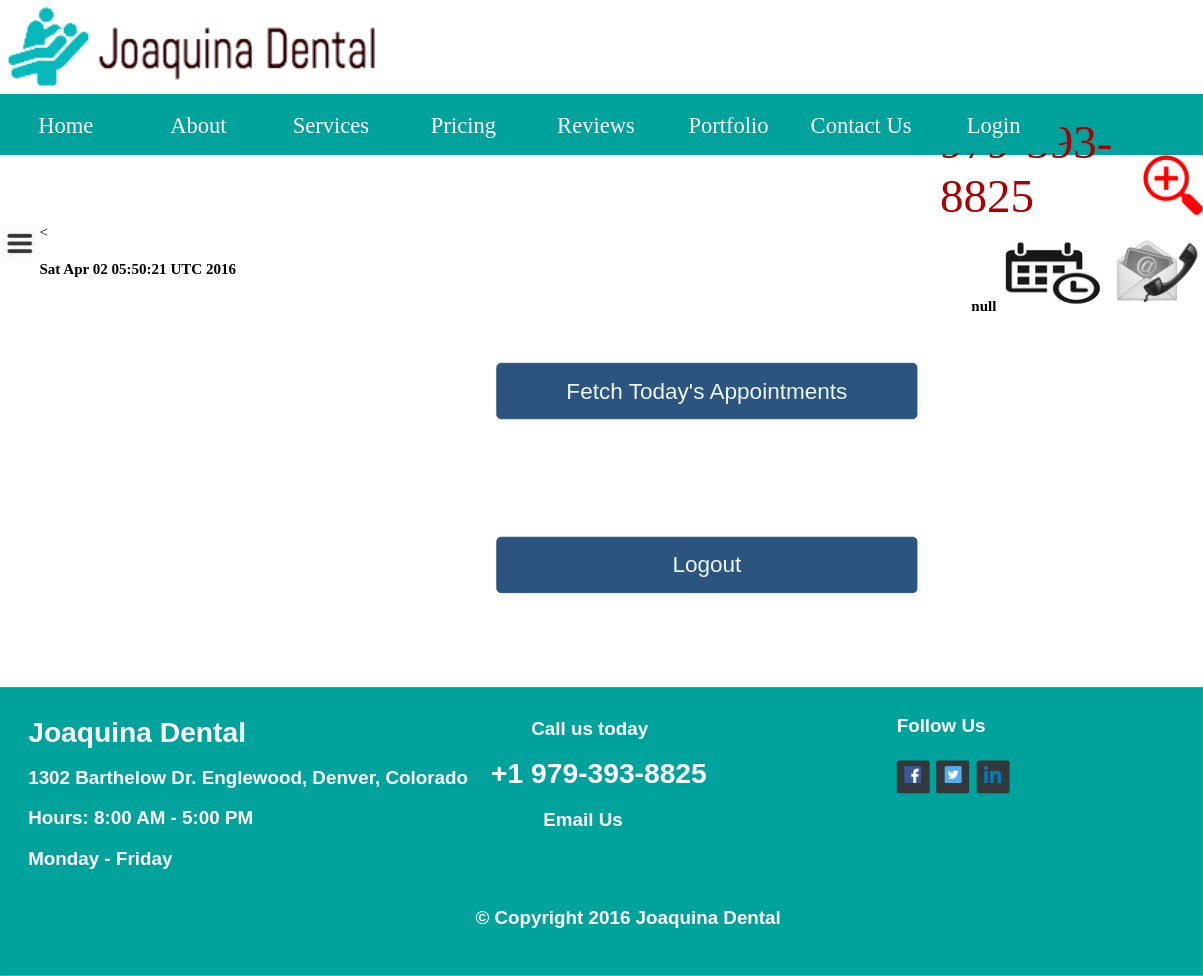
Repository: ManjushaBolishetty/test
Page: http://localhost/test/DentistHomePage.jsp
An editor plug-in stored every save of this project. The page is shown before and after the next save, followed by the edit.
The browser window is 1280 px wide. The pictures show the whole page, at 94% of full size.
The page is served by Tomcat 9. Other server files are loaded and not shown.

Above is the page before, as saved 2016-04-03 07:24:42.

### test/WebContent/DentistHomePage.jsp
<%@include file="header.jsp" %>
<%@ page import="java.io.*,java.util.*" %>
<%@ page import="javax.servlet.*,java.text.*" %>

<!DOCTYPE html PUBLIC "-//W3C//DTD HTML 4.01 Transitional//EN" "http://www.w3.org/TR/html4/loose.dtd">
<html>
<head>
    <meta http-equiv="Content-Type" content="text/html; charset=ISO-8859-1">
	<meta name="viewport" content="width=device-width, initial-scale=1">
<link href="CSS/ResponsiveForm.css" rel="stylesheet" type="text/css" />
    <<title>My Appointments</title>
</head>
<body>
<%
   Date date = new Date();
   out.print( "<h4 align=\"left\">" +date.toString()+ "</h4>"+ "<h4 align=\"right\">" +session.getAttribute("Dentist_Name") + "</h4>");
%>
<div class="appointment" align=center>
  <form action="HelloWorldServlet" method="post">
      <input type="submit" value="Fetch Today's Appointments" />
  </form>
</div>

<div class="Logoutbutton" align=center>
  <form action="Login" method="post">
      <input type="submit" value="Logout" />
  </form>
</div>
  <footer class="footer-distributed">
			<div class="footer-left">

				<h3>Joaquina Dental</h3>
				<p>1302 Barthelow Dr.
				Englewood, Denver, Colorado</p>
				<p >Hours: 8:00 AM - 5:00 PM</p>
				<p >Monday - Friday</p>
			</div>

			<div class="footer-center">

				<p class="callusToday">Call us today  </p><br/>
				<br/>
				<h3>+1 979-393-8825</h3><br/>
				<p class="emailUs">Email Us</p>
			</div>

			<div class="footer-right">

				<p>Follow Us</p>

				<div class="footer-icons">

					<a href="#"><i class="fa fa-facebook"></i></a>
					<a href="#"><i class="fa fa-twitter"></i></a>
					<a href="#"><i class="fa fa-linkedin"></i></a>

				</div>

			</div>
<p class="copyright" >&copy; Copyright 2016 Joaquina Dental</p>
		</footer>
</body>
</html>

### test/WebContent/header.jsp
<%@ page language="java" contentType="text/html; charset=UTF-8"
    pageEncoding="UTF-8"%>
<!DOCTYPE html>
<html>
<head>
<meta http-equiv="Content-Type" content="text/html; charset=UTF-8">
<meta name="viewport" content="width=device-width, initial-scale=1">
<link href="CSS/testeverything.css" rel="stylesheet" type="text/css" />
<style>

#zoom img {
    width: 5%;
    position: absolute;
    right: 0;
}
</style>
<title>Insert title here</title>
</head>

<body>
<div id="header">
	<img class="logoimage" src="Images/Drawing (4).png" alt="Joaquina Dental"></img>
	<span class="phonenumber">979-393-8825</span>
	<a href="#" class="scheduleanchor"><img class="Contact" src="Images/Contact_Us.png"></img></a>
	<a href="#" class="scheduleanchor"><img class="Calendar" src="Images/calendar.png"></img></a>
</div>

<div id="navmenu">
	<img class="iconimage" src="Images/collpased_menu.png"></img><label for="show-menu" class="show-menu iconlabel">Menu</label>
	<input type="checkbox" id="show-menu" role="button">

	<ul id="menu">
		  <li><a href="#">Home</a></li>
		  <li><a href="#">About</a></li>
		  <li>
		    	<a href="#">Services</a>
			    <ul class="dropdownContent">
			      <li><a href="#">Extraction</a></li>
			      <li><a href="#">Transplant</a></li>
			      <li><a href="#">Root Canal</a></li>
			      <li><a href="#">Cleaning</a></li>
			    </ul>
	  	   </li>
	  	   <li><a href="#">Pricing</a></li>
	  	   <li><a href="#">Reviews</a></li>
	  	   <li><a href="#">Portfolio</a></li>
	  	   <li><a href="#">Contact Us</a></li>
	  	   <li><a href="#">Login</a></li>
	</ul>
</div>
<div id="zoom" style="width:100%;height:0px">
	<a href="#" class=""><img class="zoom" src="Images/zoom.png"></img></a>
</div>
</body>
</html>

### test/WebContent/CSS/testeverything.css
body{
  border: 0;
  padding: 0;
  margin: 0;
  height: 100%;

}

#header{
	width:100%;
	height:100px;
  background-color:white;
}

#header h3{
	display:inline;
	width:auto;
	height:auto;
}
#header img{
	width:auto;
	float:left;
	padding-left:0px;
	height:100%;
}


.Contact{

	max-width:100%;
	height:auto;
	margin-left:10px;
	margin-top:18px;
}


.Calendar{

	max-width:100%;
	height:auto;
	margin-left:10px;
	margin-top:20px;
}

#header a{
	float:right;
	/*margin-right: 40px;*/
}
.logoSchedule{
	width:auto;
	float:left;
}

.logoContact{
	width:auto;
	float:right;
}

#navmenu{
	width:100%;
	height:65px;
	background:#00A29C;
}

ul {
	list-style-type:none;
	margin:0;
	padding:0;
	position: absolute;
}

/*Create a horizontal list with spacing*/
li {
	display:inline-block;
	float: left;
	margin-right: 1px;
}

/*Style for menu links*/
li a {
	display:block;
	min-width:140px;
	padding-top:20px;
	padding-bottom:16px;
	font-size:24px;
	text-align: center;
	font-family: 'Roboto Slab', serif;
	color: white;
	background: #00A29C;
	text-decoration: none;
}

.phonenumber{
    font-size: 50px;
    margin-left: 1000px;
    display: inline-block;
    margin-top: 22px;
    color: #ab0002;
    float:left;
}

/*Hover state for top level links*/
li:hover a {
	background: black;
}

/*Style for dropdown links*/
li:hover ul a {
	background: #e6ffff;
	color: blue;
}

/*Hover state for dropdown links*/
li:hover ul a:hover {
	background: #19c589;
	color: #fff;
}

/*Hide dropdown links until they are needed*/
li ul {
	display: none;
}

/*Make dropdown links vertical*/
li ul li {
	display: block;
	float: none;
}



/*Display the dropdown on hover*/
ul li a:hover + .dropdownContent, .dropdownContent:hover {
	display: block;
}

/*Responsive Styles*/

	.show-menu {
	font-family: "Helvetica Neue", Helvetica, Arial, sans-serif;
	text-decoration: none;
	color: #fff;
	background: #00A29C;
	text-align: center;
	padding: 10px 0;
	display: none;
}

.iconlabel{
	width:100%;
	height:auto;
	padding:1%;
}

.iconimage{
	float:left;
	height:42px;
}


.callusToday{
	padding-left:10%;
}
.emailUs{
	padding-left:13%;
}

/*Hide checkbox*/
input[type=checkbox]{
    display: none;
}

/*Show menu when invisible checkbox is checked*/
input[type=checkbox]:checked ~ #menu{
    display: block;
}

@media screen and (max-width : 832px){
	/*Make dropdown links appear inline*/
	ul {
		position: static;
		display: none;
	}

	/*Create vertical spacing*/
	li {
		margin-bottom: 1px;
	}
	/*Make all menu links full width*/
	ul li, li a {
		width: 100%;
	}
	.show-menu {
		display:block;
	}
	.imageHolder{
		display:none;
	}
	.iconlabel
	{
	padding-top:12px;
	float:left;
	width:auto;
	}
}



#Content{
	width:100%;
	height:600px;
	background:white;
}

.imageHolder{
	width:100%;
	height:400px;
	background-image: url("/BigHornDental/Images/appointment.jpg");
    background-repeat: no-repeat;
    background-size: contain;
    border: 1px solid black;
}


.login{
  width: 40%;
  font-family: lato;
  position: relative;
  color: white;
  border:1px solid blue;
  border-radius: 10px;
  background-color:blue;
  text-align:center;
}

.Logoutbutton{
	padding-top:3px;
}




/*For Footer*/
footer{
padding-left:40px;
}

.footer-distributed{
	background-color: #00A29c;
	box-shadow: 0 1px 1px 0 rgba(0, 0, 0, 0.12);
	box-sizing: border-box;
	width: 100%;
	height:auto;
	text-align: left;
	font: bold 16px sans-serif;
	padding: 30px 30px;
	margin-top: 80px;
}

.footer-distributed .footer-left,
.footer-distributed .footer-center,
.footer-distributed .footer-right{
	display: inline-block;
	vertical-align: top;
}

/* Footer left */

.footer-distributed .footer-left{
	width: 40%;
}

 p{
	font-size:20px;
	color:white;
}

/* The company logo */

.footer-distributed h3{
	color:  white;
	margin: 0;
}


/* Footer links */

.footer-distributed .footer-links{
	color:  #ffffff;
	margin: 20px 0 12px;
	padding: 0;
}

.footer-distributed .footer-links a{
	display:inline-block;
	line-height: 1.8;
	text-decoration: none;
	color:  inherit;
}

.footer-distributed .footer-company-name{
	color:  #8f9296;
	font-size: 14px;
	font-weight: normal;
	margin: 0;
}

/* Footer Center */

.footer-center p{
	padding-top:3px;
}

.footer-right p{
	margin-top:0px;
}

.footer-distributed .footer-center{
	width: 35%;
}

.footer-distributed .footer-center i{
	background-color:  #33383b;
	color: #ffffff;
	font-size: 25px;
	width: 38px;
	height: 38px;
	border-radius: 50%;
	text-align: center;
	line-height: 42px;
	margin: 10px 15px;
	vertical-align: middle;
}

.footer-distributed .footer-center i.fa-envelope{
	font-size: 17px;
	line-height: 38px;
}

.footer-distributed .footer-center p{
	display: inline-block;
	color: #ffffff;
	vertical-align: middle;
	margin:0;
}

.footer-distributed .footer-center p span{
	display:block;
	font-weight: normal;
	font-size:14px;
	line-height:2;
}

.footer-distributed .footer-center p a{
	color:  white;
	text-decoration: none;;
}


/* Footer Right */

.footer-distributed .footer-right{
	width: 20%;
}

.footer-distributed .footer-company-about span{
	display: block;
	color:  black;
	font-size: 14px;
	font-weight: bold;
	margin-bottom: 20px;
}

.footer-distributed .footer-icons{
	margin-top: 25px;
}

.footer-distributed .footer-icons a{
	display: inline-block;
	width: 35px;
	height: 35px;
	cursor: pointer;
	background-color:  #33383b;
	border-radius: 2px;

	font-size: 20px;
	color: #ffffff;
	text-align: center;
	line-height: 35px;

	margin-right: 3px;
	margin-bottom: 5px;
}

.fa-twitter:before {
    content: url("../Images/twitter.png");
}
.fa-facebook:before {
    content: url("../Images/facebook.png");
}
.fa-linkedin:before {
    content: url("../Images/linkedin.png");
}

.fa-linkedin:before {
    content: url("../Images/linkedin.png");
}

.footer-left span{

}


.copyright{
	padding-left: 39%;
}

/* If you don't want the footer to be responsive, remove these media queries */

@media (max-width: 880px) {

	.footer-distributed{
		font: bold 14px sans-serif;
	}

	.footer-distributed .footer-left,
	.footer-distributed .footer-center,
	.footer-distributed .footer-right{
		display: block;
		width: 100%;
		margin-bottom: 40px;
		text-align: center;
	}

	.footer-distributed .footer-center i{
		margin-left: 0;
	}

}


/*Supports Iphone 5,6 and 6S-Plus*/

@media screen and (max-width : 440px){
	/*Make dropdown links appear inline*/
	#header img{
		width:80%;
	}

	.iconimage{
		height:100%;
		width:10%;
	}
	.iconlabel{
		font-size:30px;
	}
	.show-menu{
		font-size:30px;
	}

	#showOnMobile{
		display:block;
	}

	.Contact{
	width:80px;
	height:auto;
	margin-left:0px;
	margin-top:8px;
	}


.Calendar{

	width:80px;
	height:auto;
	margin-left:0px;
	margin-top:8px;
	}

.phonenumber{
	display:none;
	}

	.callusToday{
	padding-left:0%;
	}
	.emailUs{
		padding-left:0%;
	}

	.copyright{
		text-align:center;
		padding-left:0%;
		width:100%;
	}
}


@media screen and (max-width : 780px){
	.phonenumber{
		margin-left:70px;
	}
	.iconimage{
		height:65px;
	}
	.iconlabel{
		font-size:30px;
	}
	.callusToday{
		padding-left:0%;
		font-size:20px;
	}
	.emailUs{
		padding-left:0%;
	}
	.footer-left p{
		font-size:20px;
	}
	.footer-center p{
		font-size:20px;
	}
	.footer-right p{
		font-size:20px;
	}
	.copyright{
		text-align:center;
		padding-left:0%;
		width:100%;
	}

}

### test/WebContent/CSS/ResponsiveForm.css
* {
/* With these codes padding and border does not increase it's width and gives intuitive style.*/
box-sizing: border-box;
}

body {
	margin:0;
	padding:0;
	font-family: 'Roboto Slab', serif;
	width:100%;
}

#cover{
	width: 55%;
	margin: 30px 30% 10px 25%;
	padding:10px 0;
	border: 2px solid black;
	border-radius:10px;
}
form{
	width:70%;
	margin:4% 15%;
}
header {
    background-color: #00A29C;
    text-align: center;
    padding-top: 1px;
    padding-bottom: 8px;
    margin-top: -11px;
    margin-bottom: -8px;
    border-radius: 10px 10px 0 0;
    color: aliceblue;
    height: 100px;
    font-size: 24px;
}

h3{
	font-size: 30px;
	padding-top:1px;
}
#newuser{
	margin-right:10px;
}

label{
	font-size:24px;
}


/* Makes responsive fields. Sets size and field alignment.*/
input[type=text]{
	margin-bottom: 20px;
	margin-top: 10px;
	width:100%;
	padding: 15px;
	border-radius:5px;
	border:1px solid #7ac9b7;
	font-size:20px;
}
input[type=password]{
	margin-bottom: 20px;
	margin-top: 10px;
	width:100%;
	padding: 15px;
	border-radius:5px;
	border:1px solid #7ac9b7;
	font-size:20px;
}

input[type=radio]{
	margin-bottom: 20px;
	margin-top: 10px;
	padding: 15px;
	border-radius:5px;
	border:1px solid #7ac9b7;
	font-size:20px;
}

select{
	margin-bottom: 20px;
	margin-top: 10px;
	width:100%;
	height:25px;
	padding: 15px;
	border-radius:5px;
	border:1px solid #7ac9b7;
}

.datepicker{
	height:30px;
}

.result{
	color:blue;
}

input[type=submit]
{
	margin-bottom: 20px;
	width:50%;
	margin-left:25%;
	padding: 15px;
	border-radius:5px;
	border:1px solid #7ac9b7;
	background-color: #2b547e;
	border-color:#2b547e;
	color: aliceblue;
	font-size:24px;
	cursor:pointer;
}
#submit:hover
{
	background-color: blue;
}
textarea{
	width:100%;
	padding: 15px;
	margin-top: 10px;
	border:1px solid #7ac9b7;
	border-radius:5px;
	margin-bottom: 20px;
	resize:none;
}
input[type=text]:focus,textarea:focus {
	border-color: #4697e4;
}

@media screen and (max-width : 768px){
	h2{
		font-size:16px;
	}
	p{
		font-size:14px;
	}
	label{
		font-size:12px;
	}
	input[type=submit]{
		padding:5px;
	}
	input[type=text]{
		padding: 8px;
	}
	div#envelope{
		width: 80%;
		margin: 10px 30% 10px 11%;
	}
}

@media screen and (max-width : 415px){
	#cover{
	width: 95%;
	margin: 30px 30% 30px 2.5%;
	padding:10px 0;
	border: 2px solid black;
	border-radius:10px;
	}
	input[type=submit]{
		padding:4px;
		font-size:20px;
		white-space:normal;
	}
	input[type=text]{
		padding: 8px;
		font-size:20px;
	}

	input[type=password]{
		padding: 8px;
		font-size:20px;
	}
	label{
		font-size:22px;
	}
	h2{
		font-size:22px;
	}
	p{
		font-size:18px;
	}
	div#envelope{
		width: 80%;
		margin: 10px 30% 10px 11%;
	}

}

@media screen and (max-width : 768px){
	#cover{
	width: 90%;
	margin: 30px 30% 30px 5.5%;
	padding:10px 0;
	border: 2px solid black;
	border-radius:10px;
	}
	input[type=submit]{
		padding:4px;
		font-size:20px;
		white-space:normal;
	}
	input[type=text]{
		padding: 8px;
		font-size:20px;
	}

	input[type=password]{
		padding: 8px;
		font-size:20px;
	}
	label{
		font-size:22px;
	}
	h2{
		font-size:22px;
	}
	p{
		font-size:18px;
	}
	div#envelope{
		width: 80%;
		margin: 10px 30% 10px 11%;
	}

}

After the next save:
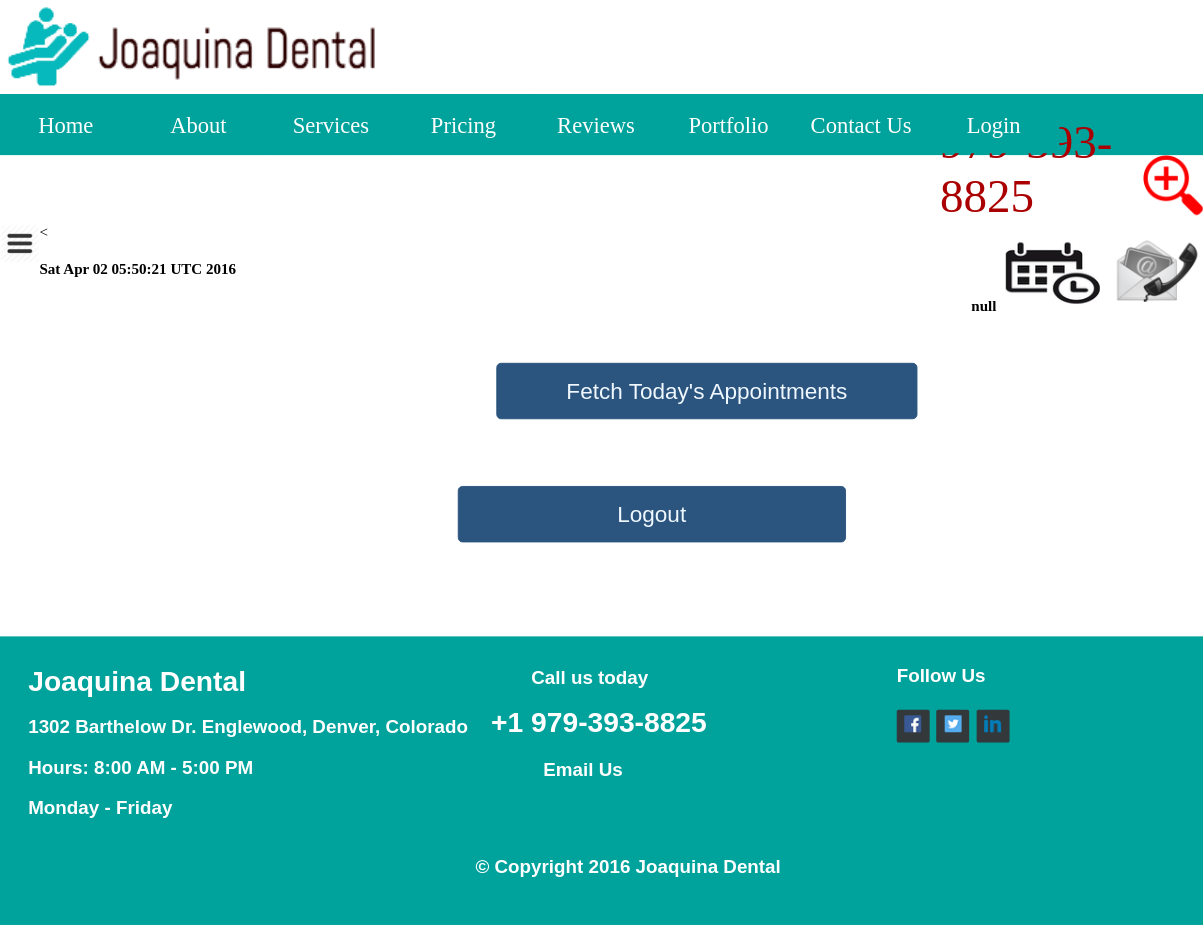
Saved 10 s later.
--- a/test/WebContent/CSS/testeverything.css
+++ b/test/WebContent/CSS/testeverything.css
@@ -234,7 +234,7 @@ input[type=checkbox]:checked ~ #menu{
 }
 
 .Logoutbutton{
-	padding-top:3px;
+	padding-right:100px;
 }
 
 
